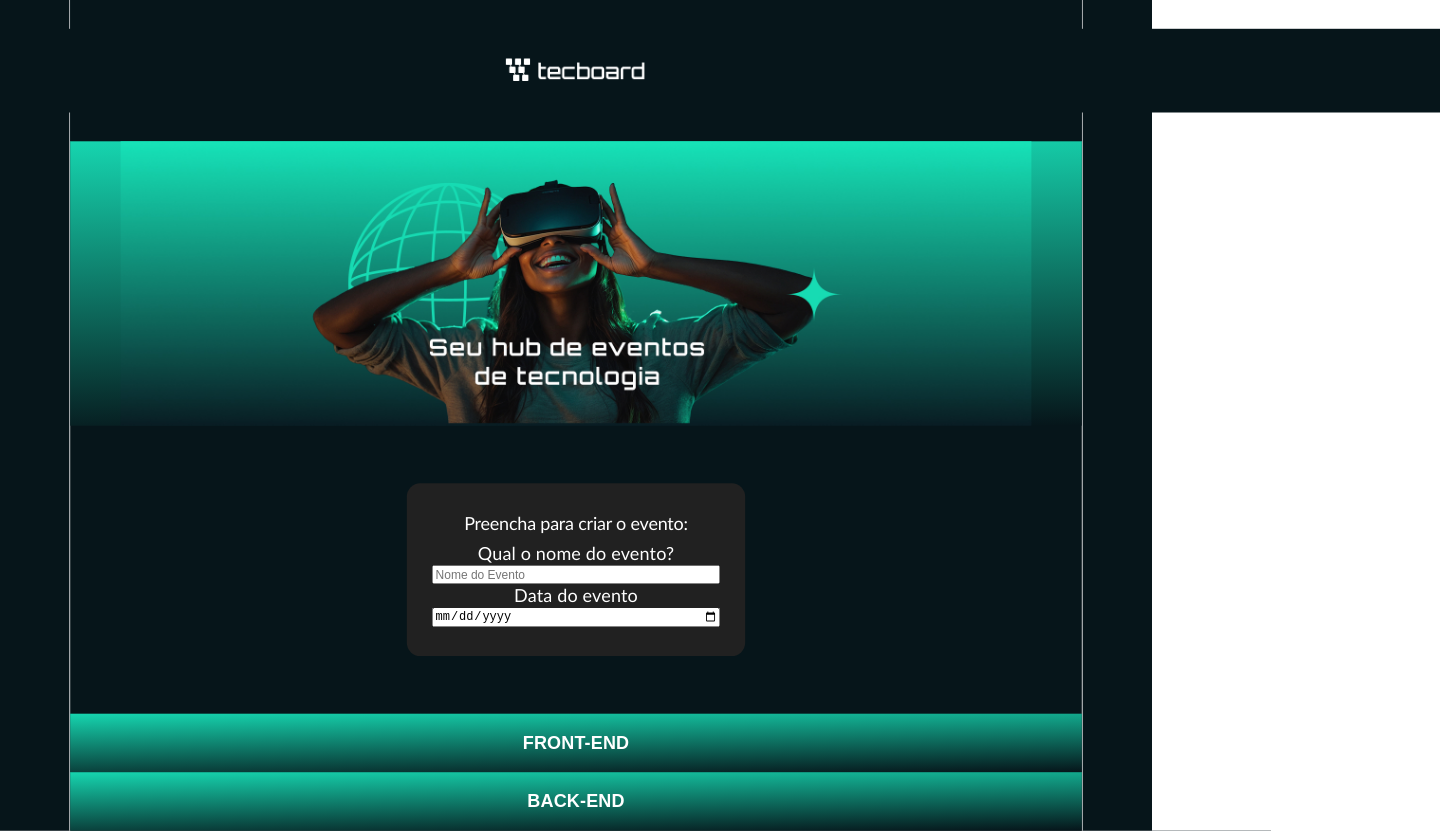
Repository: fernandadev12/techboard
Page: /
These files come from the project's save history. The page is drawn as it stood at one moment and after the next save; the edit follows.
The browser window is 1280 px wide. The page is 1600 px wide, so the pictures cover 1600 px, including what lies to the right of the window. The pictures show the whole page, at 90% of full size.
The project was rebuilt for these pictures with package versions that can differ from the ones it lists, and the page was loaded fresh each time. Also part of the build but not shown: vite.config.js, src/componentes/CampoDeEntrada/campoentradastyles.css, src/componentes/CampoDeEntrada/index.jsx.

Above is the page before, as saved 2026-06-14 14:53:32.

After the next save:
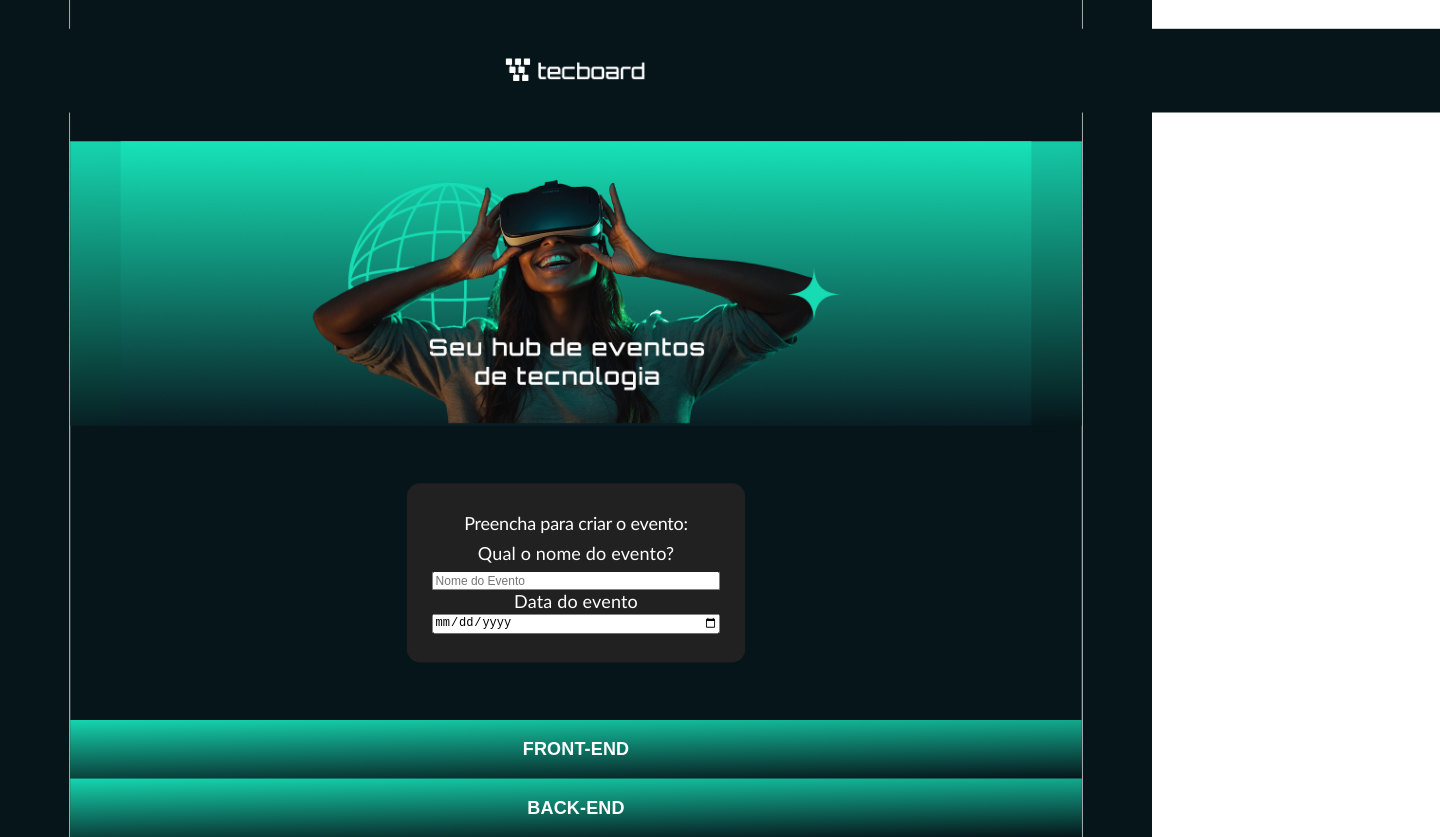
Saved 23 s later.
--- a/src/componentes/FormularioDeEvento/index.jsx
+++ b/src/componentes/FormularioDeEvento/index.jsx
@@ -7,8 +7,8 @@
   return (
     <form className="form-evento">
       <TituloFormulario> Preencha para criar o evento:</TituloFormulario>
-      <LabelFormulario htmlFor="nome">Qual o nome do evento?</LabelFormulario>
       <CampoFormulario>
+        <LabelFormulario htmlFor="nome">Qual o nome do evento?</LabelFormulario>
         <input
           type="text"
           id="nome"
